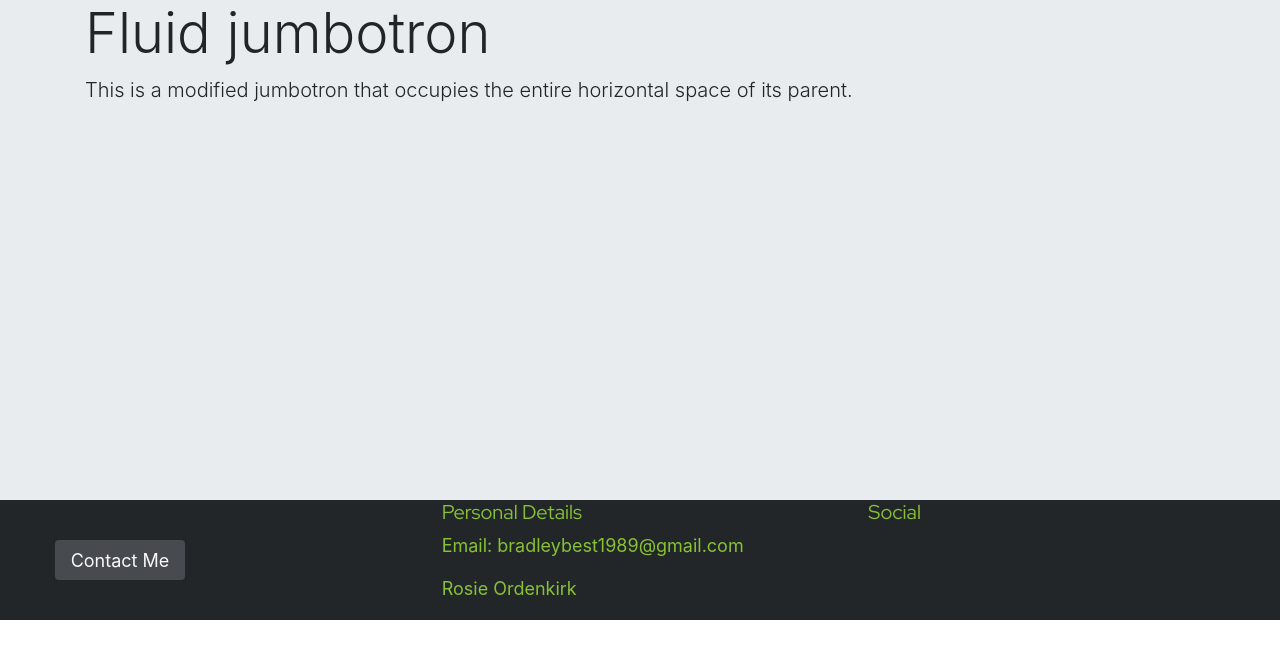
Repository: Brad000/Resume-project
Page: index.html
The author's editor kept a record of every edit. The page is drawn from the files as they stood at one moment, then again after the next edit.
The browser window is 1280 px wide. The pictures show the whole page.

Above is the page before.

### index.html
<!DOCTYPE html>
<html lang="en">

<head>
    <meta charset="UTF-8">
    <meta name="viewport" content="width=device-width, initial-scale=1.0">
    <meta http-equiv="X-UA-Compatible" content="ie=edge">
    <link rel="stylesheet" href="https://stackpath.bootstrapcdn.com/bootstrap/4.3.1/css/bootstrap.min.css" type="text/css" />
    <link rel="stylesheet" href="https://stackpath.bootstrapcdn.com/font-awesome/4.7.0/css/font-awesome.min.css" type="text/css" />
    <link rel="stylesheet" href="assets/css/style.css" type="text/css" />
    <link rel="stylesheet" href="https://cdnjs.cloudflare.com/ajax/libs/hover.css/2.3.1/css/hover-min.css" type="text/css" />
    <title>Bradley Best - Resume</title>
</head>

<body>
    <section>
        <div class="jumbotron jumbotron-fluid landing-page">
            <div class="container">
                <h1 class="display-4">Fluid jumbotron</h1>
                <p class="lead">This is a modified jumbotron that occupies the entire horizontal space of its parent.</p>
            </div>
        </div>
    </section>
    <footer class="container-fluid">
        <div class="row" id="footer-details">
            <div class="col-sm-4">
                <button type="button" class="btn btn-secondary contact-button">Contact Me</button>
            </div>
            <div class="col-sm-4">
                <h5 class="sub-headings">Personal Details</h5>
                <div class="key">
                        <p class="personal-info">
                            Email: bradleybest1989@gmail.com
                        </p>
                    </div>
                    <div class="personal-info">
                        <p>
                            Rosie Ordenkirk
                        </p>
                    </div>
            </div>
            <div class="col-sm-4">
                <h5 class="sub-headings">Social</h5>
            </div>
        </div>
    </footer>
</body>

</html>

### assets/css/style.css
@import url('https://fonts.googleapis.com/css?family=Red+Hat+Display:100,200,300,400,500,600,700');

/*---------------Jumbotron------------------*/

.landing-page {
    height: 500px;
    padding: 0;
    margin: 0;
}

/*-----------Padding/Margins/Text-----------*/

.sub-headings {
    font-family: 'Red Hat Display', sans-serif;
    font-weight: 400;

}


/*-----------------Footer-------------------*/

footer {
    background-color: #222629;
    color: #86c232;
    min-height: 120px;
    margin: 0;
    font-size: 18px;
}

.contact-button {
    width: 130px;
    border: 0;
    height: 40px;
    margin: 40px;
    text-align: center;
    font-size: 18px;
    color: #fafafa;
    background: #474b4f;
    transition: background 0.35s ease-in-out;
    -moz-transition: background 0.35s ease-in-out;
    -webkit-transition: background 0.35s ease-in-out;
    -o-transition: background 0.35s ease-in-out;
}

.contact-button:hover {
    background-color: #86c232
}

.footer-headings {
    margin-top: 15px;
}

.personal-info-text {
    margin: 0;
    font-size: 14px;
    font-weight: 200;
}

.footer-headings p {
    margin: 0;
}

.cv-link {
    margin-left: 5px;
    font-size: 16px;
    color: #86c232;
    transition: background 0.35s ease-in-out;
    -moz-transition: background 0.35s ease-in-out;
    -webkit-transition: background 0.35s ease-in-out;
    -o-transition: background 0.35s ease-in-out;
}

.cv-link:hover {
    color: #61842f;
}

After the next edit:
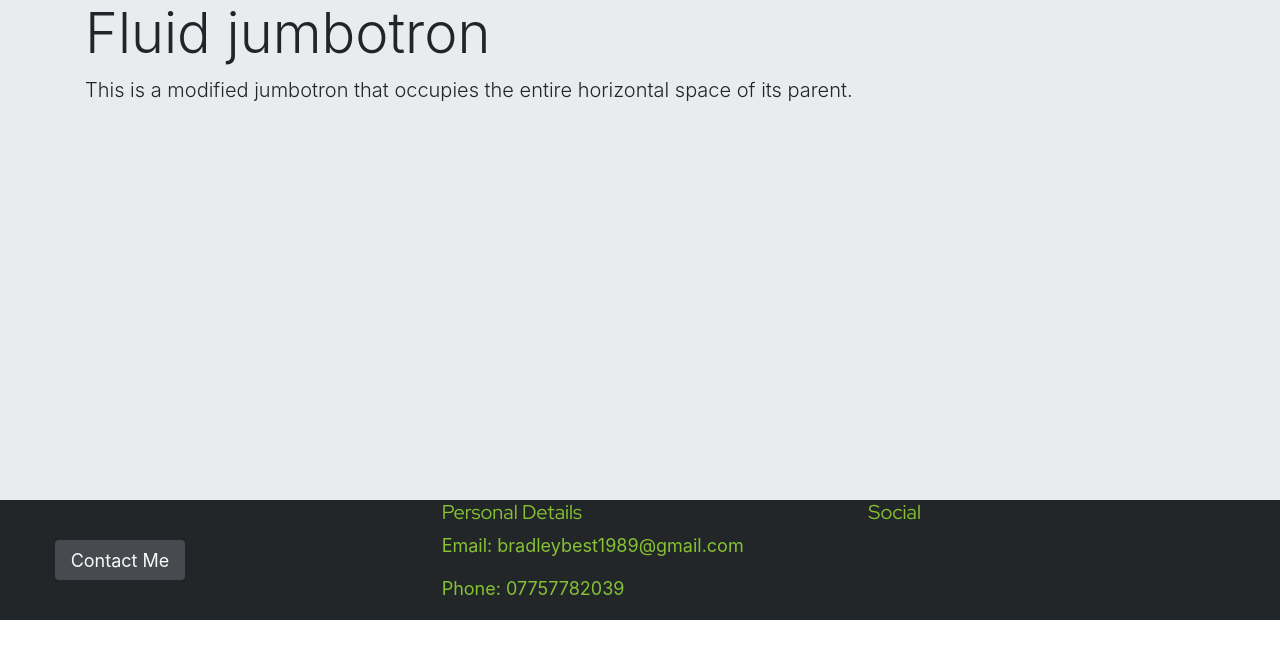
The edit:
--- a/index.html
+++ b/index.html
@@ -35,7 +35,7 @@
                     </div>
                     <div class="personal-info">
                         <p>
-                            Rosie Ordenkirk
+                            Phone: 07757782039
                         </p>
                     </div>
             </div>
